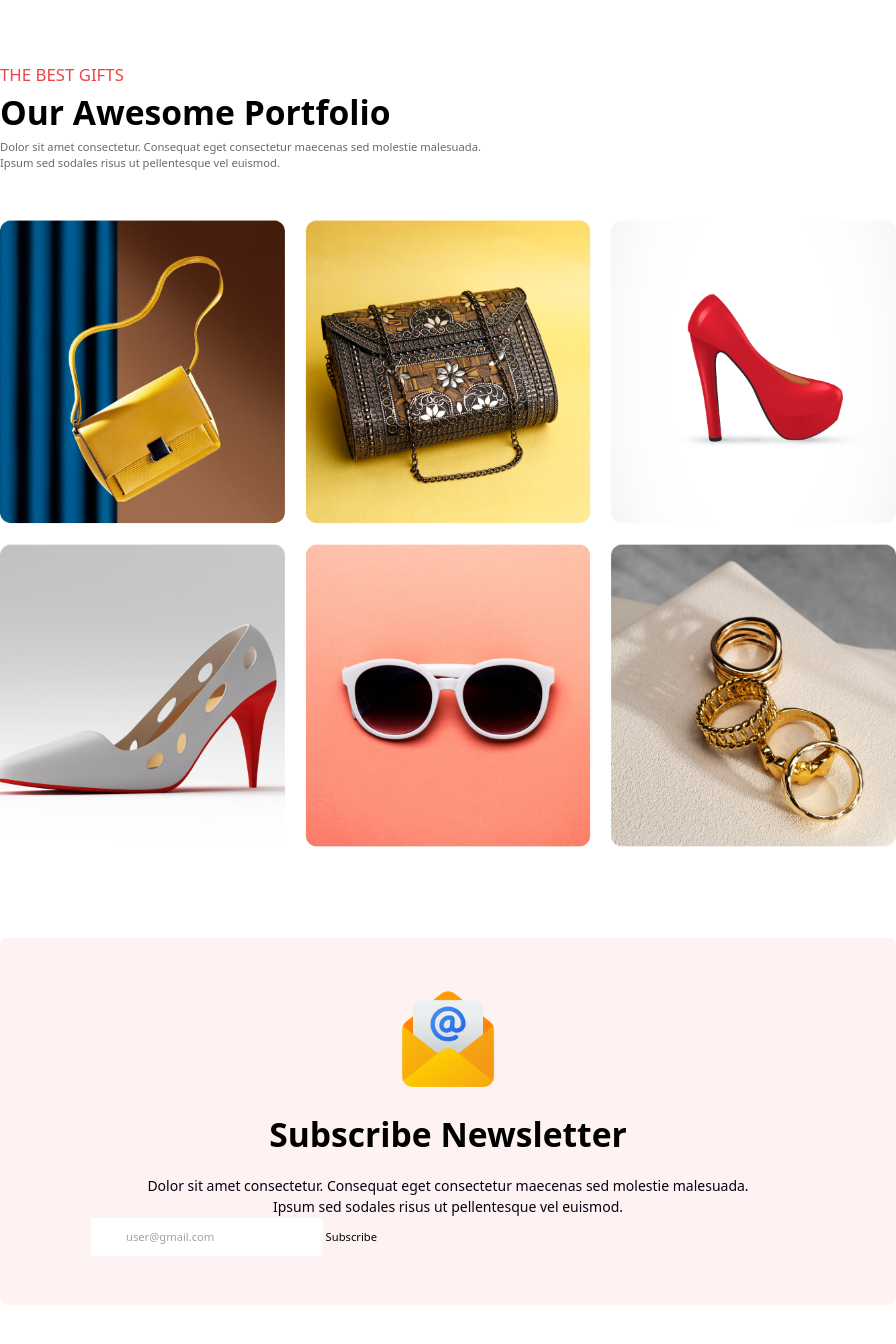
Repository: nahid-hasann/landing-page-1
Page: index.html
The author's editor kept a copy of each file at every save. The page is drawn from the files as they stood at one save, then again after the next save.
The browser window is 1280 px wide. The pictures show the part of the page from y = 4580 to 6500 px (the page is 6574 px tall), at 70% of full size.
Some web libraries are served in a nearby version.

Above is the page before, as saved 2025-07-09 22:06:48.

After the next save:
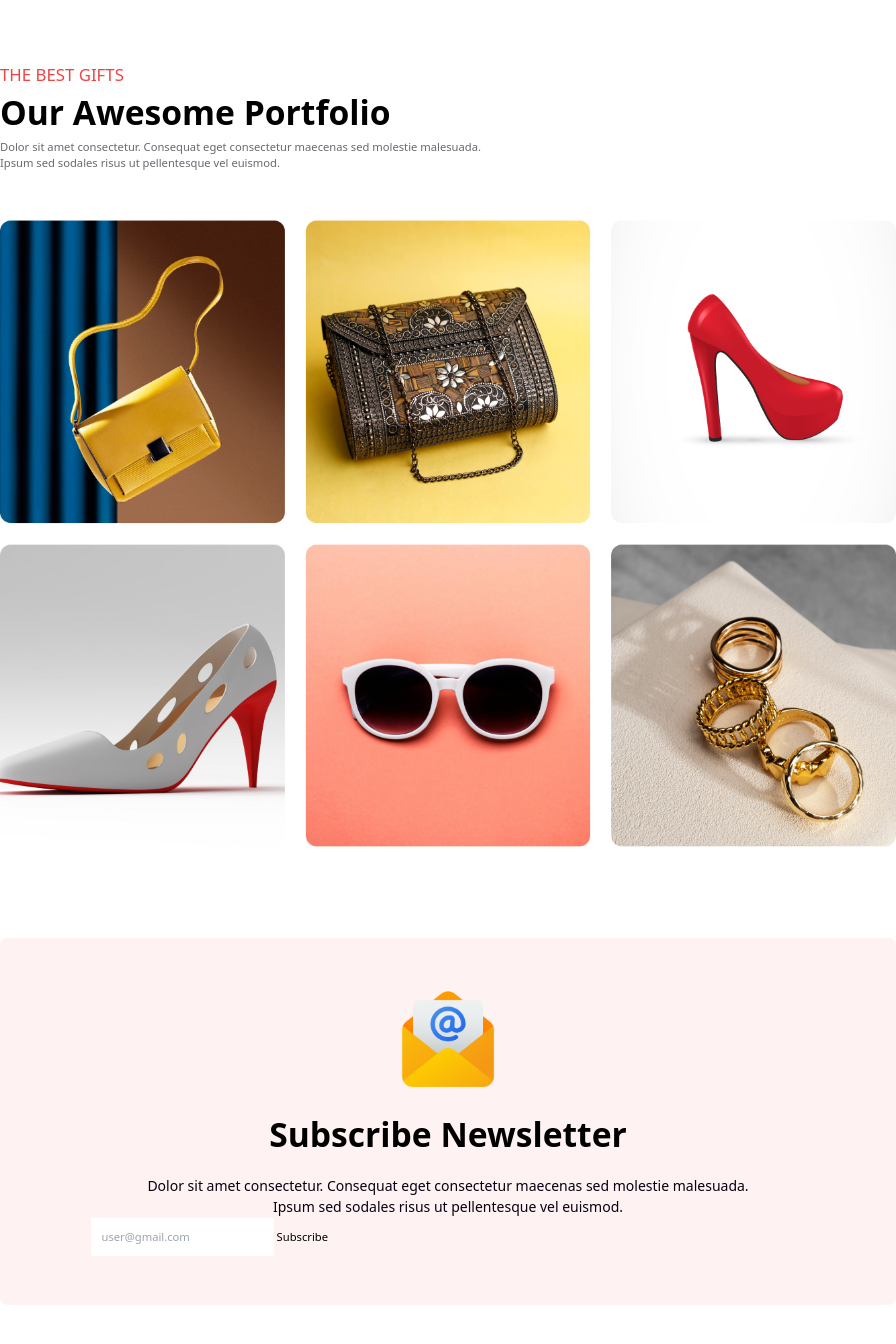
Saved 20 s later.
--- a/style.css
+++ b/style.css
@@ -160,5 +160,5 @@
 
 .news-latter input{
     background-color: rgba(255, 255, 255, 1);
-    padding: 15px 50px;
+    padding: 15px ;
 }
